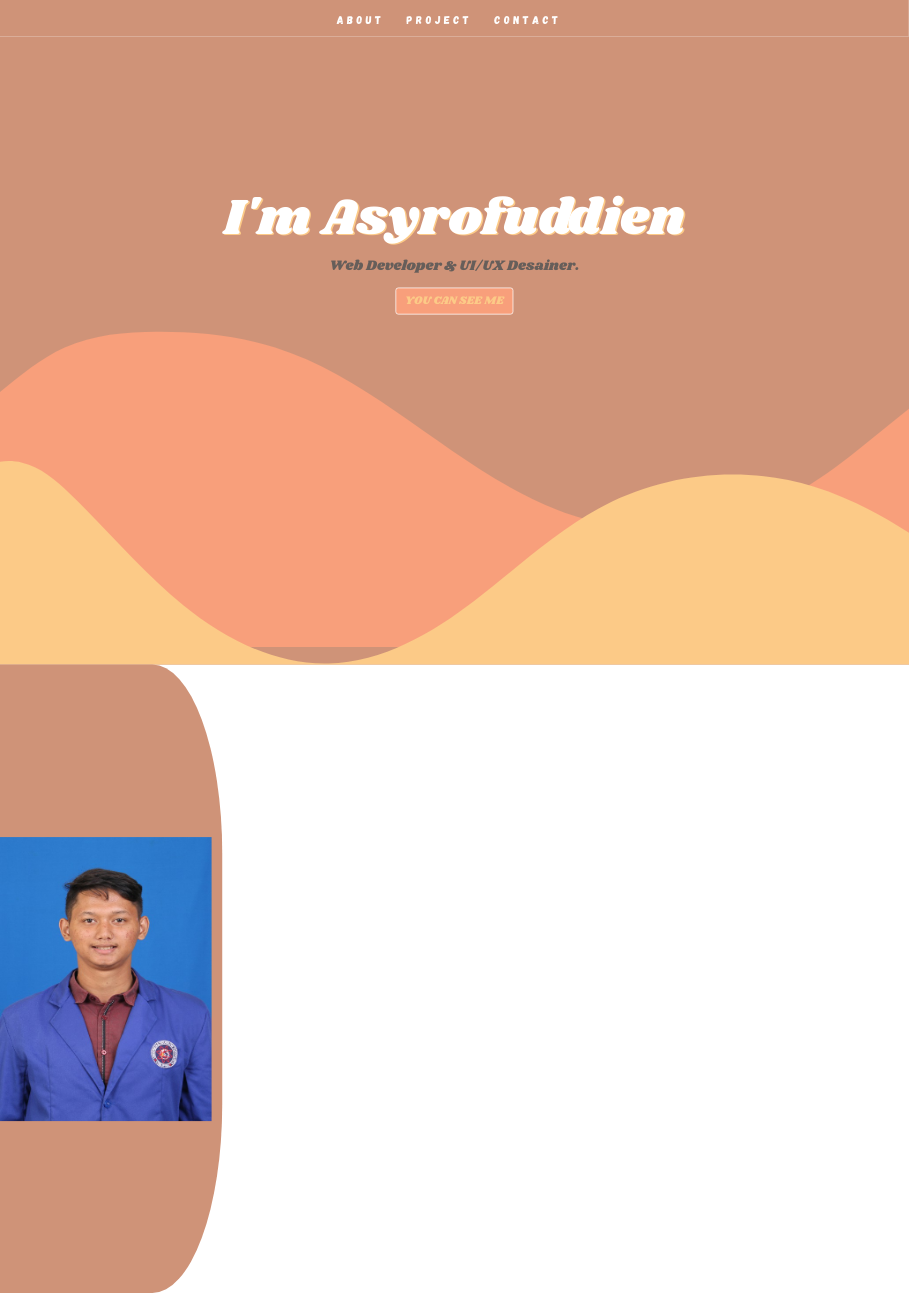
Repository: zetta-muhammad-asyrofuddien/Html-Css-ZettaCAmp
Page: Day1/Portofolio/index.html
The author's editor kept a copy of each file at every save. The page is drawn from the files as they stood at one save, then again after the next save.
The browser window is 1280 px wide. The page is 1295 px wide, so the pictures cover 1295 px, including what lies to the right of the window. The pictures show the whole page, at 71% of full size.

Above is the page before, as saved 2023-07-05 19:50:50.

After the next save:
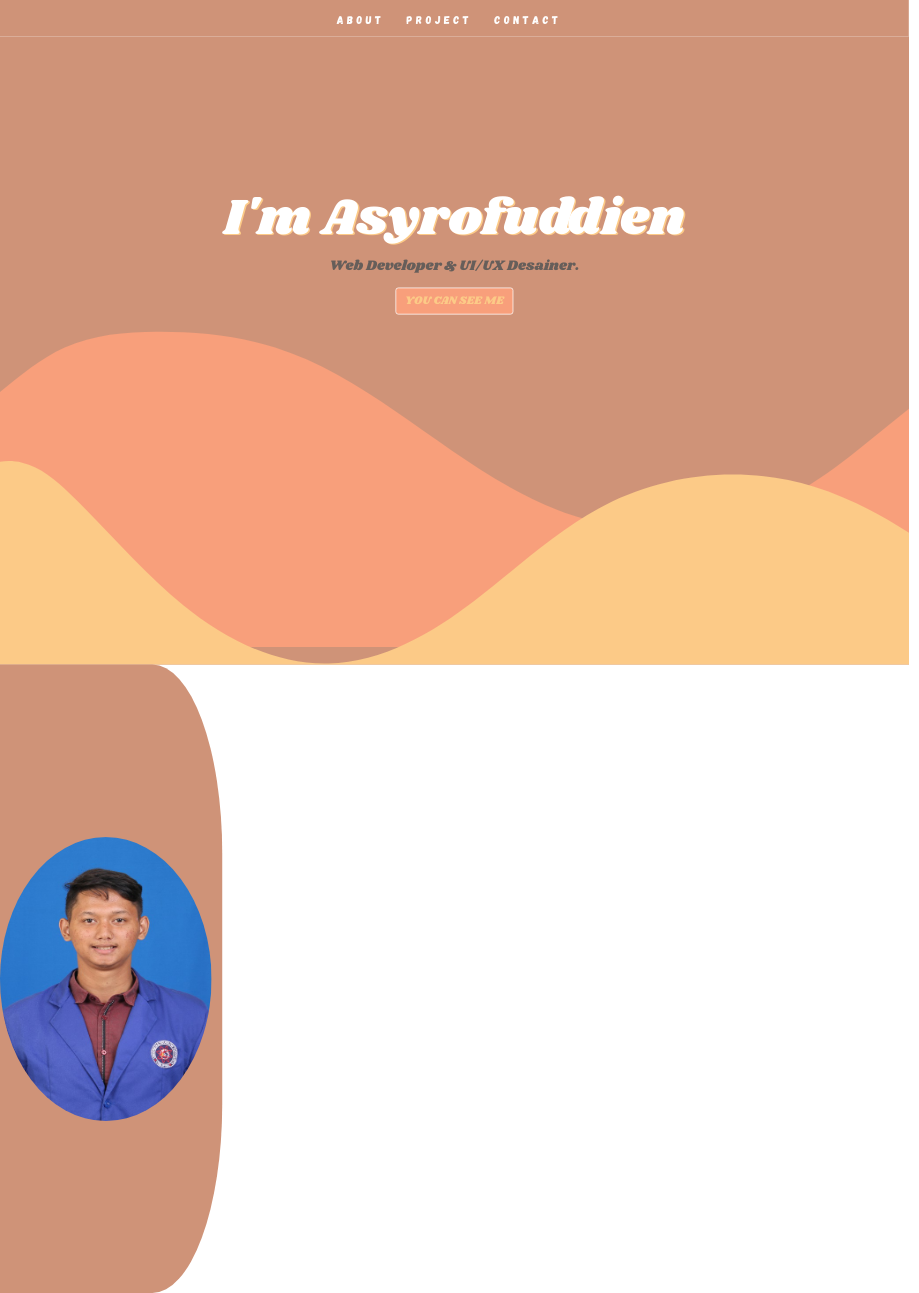
Saved 10 s later.
--- a/Day1/Portofolio/index.html
+++ b/Day1/Portofolio/index.html
@@ -49,7 +49,7 @@
     <!-- About -->
     <div class="row">
       <div class="col-3 about-kiri d-flex align-items-center text-center">
-        <img src="./asset/img/foto.jpeg" alt="" width="400px" height="400px" />
+        <img class="foto" src="./asset/img/foto.jpeg" alt="" width="400px" height="400px" />
       </div>
     </div>
     <!-- Akhir About -->
